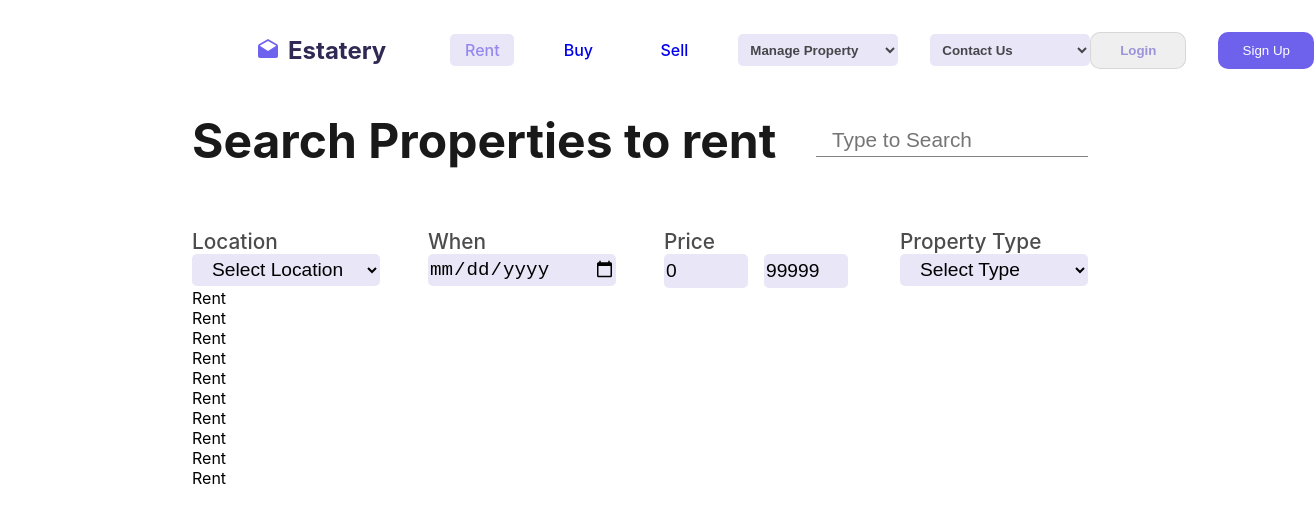
Repository: kapil4457/Reunion-Internship-Assignment
Page: /
These files come from the project's save history. The page is drawn as it stood at one moment and after the next save; the edit follows.
The browser window is 1280 px wide. The page is 1314 px wide, so the pictures cover 1314 px, including what lies to the right of the window. The pictures show the whole page.
The project was rebuilt for these pictures with package versions that can differ from the ones it lists, and the page was loaded fresh each time. Also part of the build but not shown: src/App.css.

Above is the page before, as saved 2022-10-05 14:23:41.

After the next save:
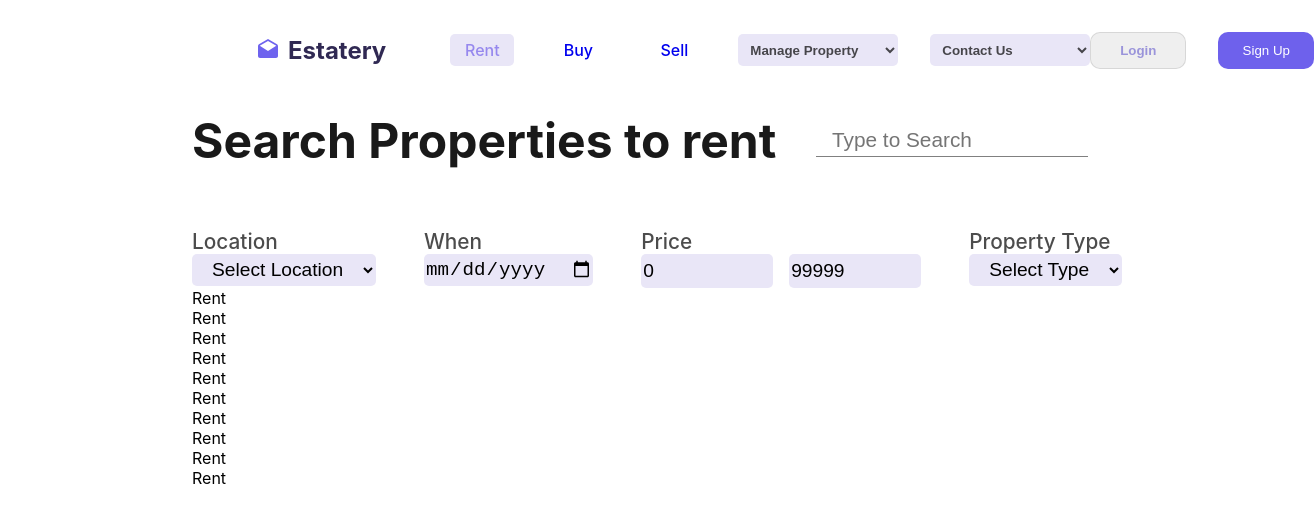
Saved 4 s later.
--- a/src/components/Rent/Rent.css
+++ b/src/components/Rent/Rent.css
@@ -49,7 +49,7 @@ display:flex;
 gap:1rem;
 }
 .second > div >div>input{
-width:5rem;
+width:8rem;
 }
 .second{
     display: flex;
